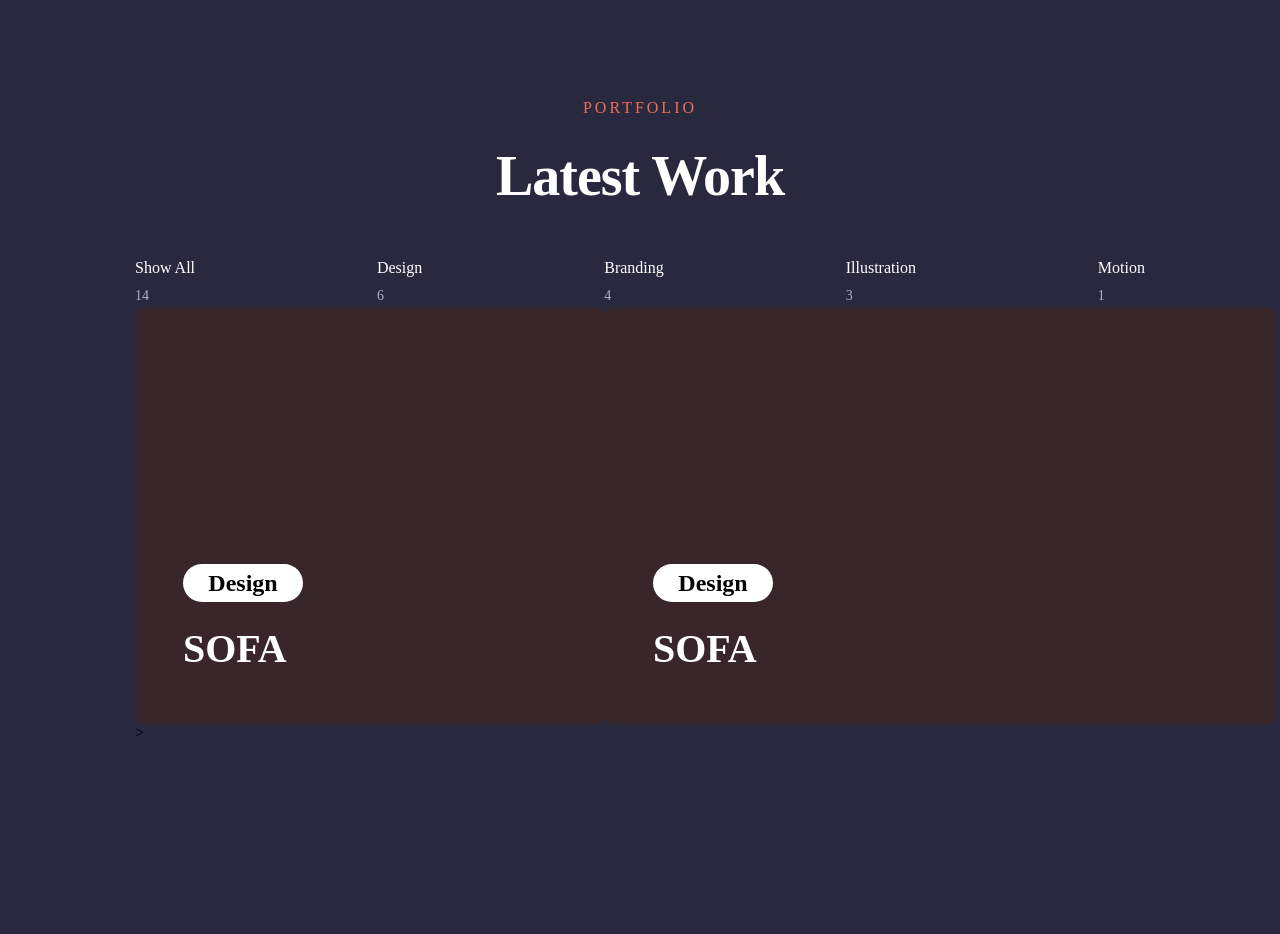
Repository: kubrazamanova/Position-3
Page: index.html
An editor plug-in stored every save of this project. The page is shown before and after the next save, followed by the edit.
The browser window is 1280 px wide. The pictures show the whole page.

Above is the page before, as saved 2023-10-21 11:15:55.

### index.html
<!DOCTYPE html>
<html lang="en">
  <head>
    <meta charset="UTF-8" />
    <meta name="viewport" content="width=device-width, initial-scale=1.0" />
    <link rel="stylesheet" href="index.css" />
    <title>Document</title>
  </head>
  <body>
    <div class="container">
      <div class="box-1">
        <h1>Portfolio</h1>
        <b>Latest Work</b>
      </div>

      <div class="number">
        <ul>
          <li>
            <p>Show All</p>
            <b>14</b>
          </li>

          <li>
            <p>Design</p>
            <b>6</b>
          </li>

          <li>
            <p>Branding</p>
            <b>4</b>
          </li>

          <li>
            <p>Illustration</p>
            <b>3</b>
          </li>

          <li>
            <p>Motion</p>
            <b>1</b>
          </li>
        </ul>
      </div>

<div class="image-container">
  <div class="box-1-container">
    <div class="box box-one">
      <img src="./image/01.svg" alt="" />
      <h2 class="design">Design</h2>
      <b>SOFA</b>
    </div>

    <div class="box box-two">
      <img src="./image/02.svg" alt="" />
      <h2 class="design">Design</h2>
      <b>SOFA</b>
    </div>


  </div>
  <div class="box-2-container">

  </div>
</div>



>
<!--
      <div class="bej-square">
        <img src="./image/02.svg" alt="" />
        <h2>Illustration</h2>

        <div class="bej-01">
          <b>Work Media</b>
        </div>
      </div> -->
    </div>
  </body>
</html>

### index.css
* {
  margin: 0;
  padding: 0;
  box-sizing: border-box;
}

.container {
  padding: 92px 135px 192px 135px;
  min-height: 100vh;
  background: #28293e;
}
.container .box-1 {
  display: flex;
  flex-direction: column;
}

.container .box-1 h1 {
  margin-bottom: 20px;
  color: var(--Text_Light_Accent, #ef6d58);
  text-align: center;
  font-family: Epilogue;
  font-size: 16px;
  font-style: normal;
  font-weight: 400;
  line-height: 32px;
  letter-spacing: 3px;
  text-transform: uppercase;
}

.container .box-1 b {
  color: var(--Text_Light, #fff);
  text-align: center;
  font-feature-settings: "clig" off, "liga" off;
  font-family: Epilogue;
  font-size: 56px;
  font-style: normal;
  font-weight: 800;
  line-height: 64px;
  letter-spacing: -1px;


}

.container .number ul {
  position: relative;
}
.container ul {
  margin-top: 44px;
  display: flex;
  justify-content: space-between;
}

.container ul li {
  /* display: flex; */
  list-style-type: none;
  position: relative;
}

.container ul li p {
  color: var(--Text_Light, #fff);
  font-feature-settings: "clig" off, "liga" off;
  font-family: Epilogue;
  font-size: 16px;
  font-style: normal;
  font-weight: 400;
  line-height: 32px;
}

.container ul li b {
  color: var(--Text_Light_Gray, rgba(255, 255, 255, 0.64));
  text-align: center;
  font-feature-settings: "clig" off, "liga" off;
  font-family: Epilogue;
  font-size: 14px;
  font-style: normal;
  font-weight: 400;
  line-height: 24px;
}

.box-33 {
  position: relative;
}

.bej-square {
  position: relative;
  top: 30px;
}

.bej-square h2 {
  width: 116px;
  height: 38px;
  border-radius: 19px;
  background: #fff;
  color: var(--Text_Dark, #391400);
  font-feature-settings: "clig" off, "liga" off;
  font-family: Epilogue;
  font-size: 16px;
  font-style: normal;
  font-weight: 400;
  line-height: 32px;
  display: flex;
  justify-content: center;
  position: absolute;
  bottom: 150px;
  left: 48px;
}

.bej-square .bej-01 b {
  color: var(--Text_Light, #fff);
  font-feature-settings: "clig" off, "liga" off;
  font-family: Epilogue;
  font-size: 40px;
  font-style: normal;
  font-weight: 800;
  line-height: 48px;
  position: relative;
  bottom: 70px;
  left: 48px;
}

.box-one {
  width: 470px;
  height: 416px;
  position: relative;
}
.box-one img {
  width: 470px;
  height: 416px;
}

.box-two {
  width: 600px;
  height: 416px;
  position: relative;
}
.box-two img {
  width: 670px;
  height: 416px;
}
.container .box h2 {
  position: absolute;
  bottom: 122px;
  left: 48px;

  width: 120px;
  height: 38px;
  border-radius: 25px;
  background: #fff;
  display: flex;
  justify-content: center;
  align-items: center;
}
.container .box b {
  color: var(--Text_Light, #fff);
  font-feature-settings: "clig" off, "liga" off;
  font-family: Epilogue;
  font-size: 40px;
  font-style: normal;
  font-weight: 800;
  line-height: 48px;
  position: absolute;
  bottom: 51px;
  left: 48px;
}

.container .image-container .box-1-container {
  display: flex;
  justify-content: space-between;
}

After the next save:
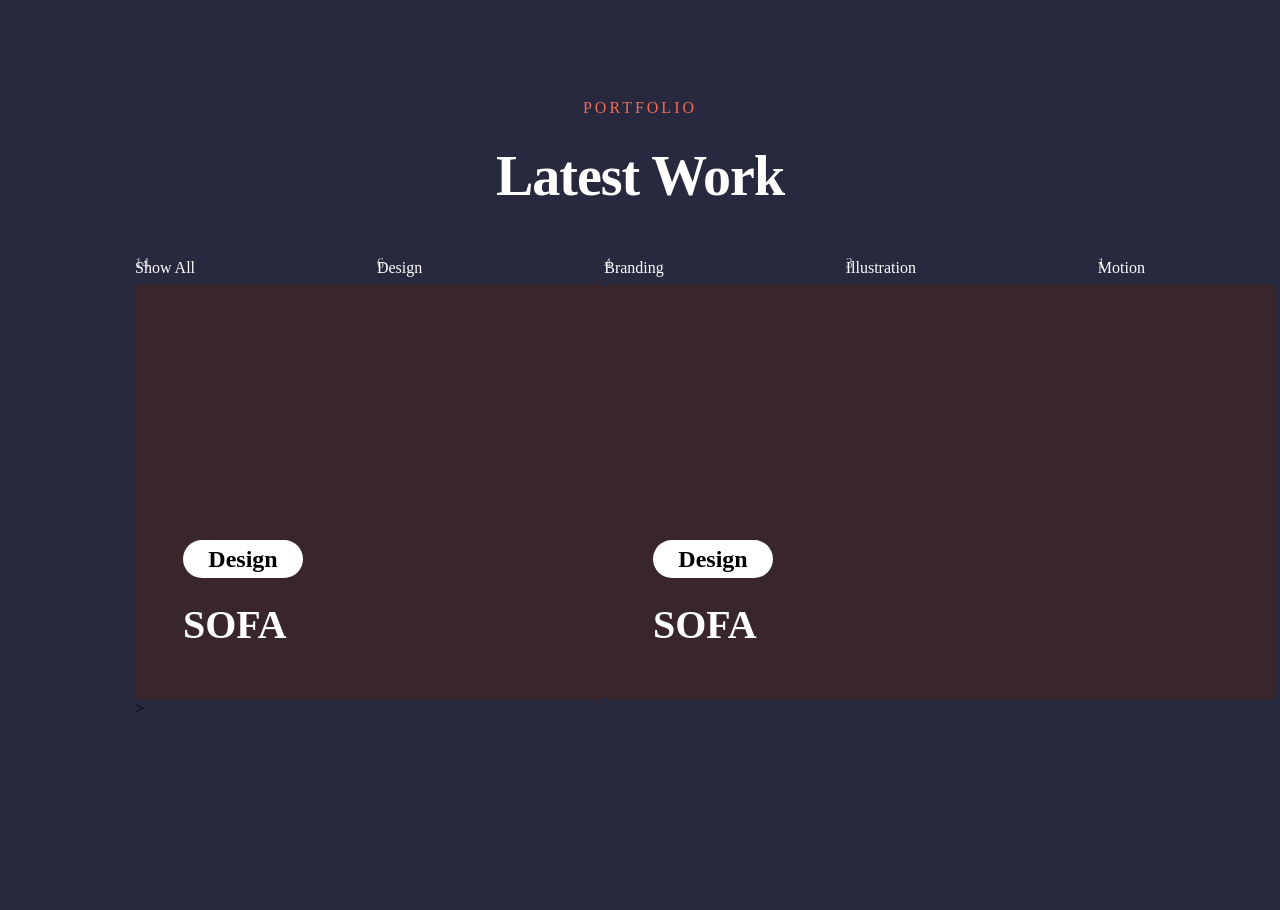
Saved 10 s later.
--- a/index.css
+++ b/index.css
@@ -75,6 +75,8 @@
   font-style: normal;
   font-weight: 400;
   line-height: 24px;
+  position:absolute ;
+  top: 0;
 }
 
 .box-33 {
